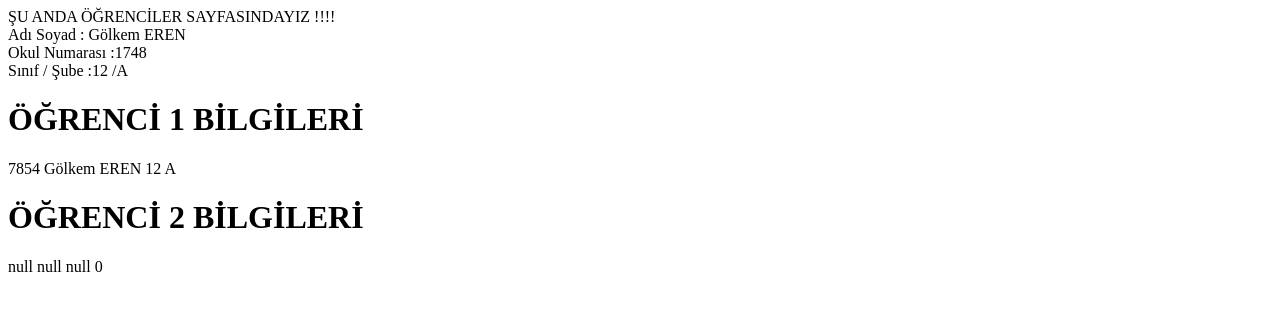
Repository: golkemeren/IleriJava101Java201Java301
Page: http://localhost/Displatcher_10/ogrenciler
These files come from the project's save history. The page is drawn as it stood at one moment and after the next save; the edit follows.
The browser window is 1280 px wide. The pictures show the whole page.
The page is served by Tomcat 10.

Above is the page before, as saved 2023-03-23 02:40:32.

After the next save:
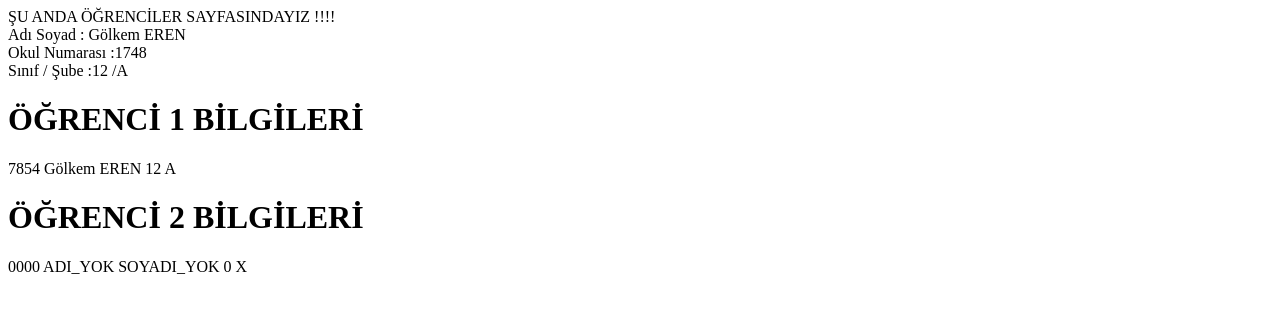
Saved 2 min 50 s later.
--- a/Displatcher_10/src/main/webapp/jspUseBean/ogrenciler.jsp
+++ b/Displatcher_10/src/main/webapp/jspUseBean/ogrenciler.jsp
@@ -45,11 +45,11 @@
 
 <jsp:useBean id="ogrenci2" class="bean.pojo.Ogrenci" scope= "request">
 
-  <jsp:setProperty property = "no" name = "ogrenci" value = "0000"/>
- <jsp:setProperty property = "ad" name = "ogrenci" value = "ADI_YOK" />
- <jsp:setProperty property = "soyad" name = "ogrenci" value = "SOYADI_YOK"/>
-  <jsp:setProperty property = "sinif" name = "ogrenci" value = "0"/>
- <jsp:setProperty property = "sube" name = "ogrenci" value = 'X'/>
+  <jsp:setProperty property = "no" name = "ogrenci2" value = "0000"/>
+ <jsp:setProperty property = "ad" name = "ogrenci2" value = "ADI_YOK" />
+ <jsp:setProperty property = "soyad" name = "ogrenci2" value = "SOYADI_YOK"/>
+  <jsp:setProperty property = "sinif" name = "ogrenci2" value = "0"/>
+ <jsp:setProperty property = "sube" name = "ogrenci2" value = 'X'/>
 </jsp:useBean>
 <jsp:getProperty property="no" name="ogrenci2"/>
 <jsp:getProperty property="ad" name="ogrenci2"/>
